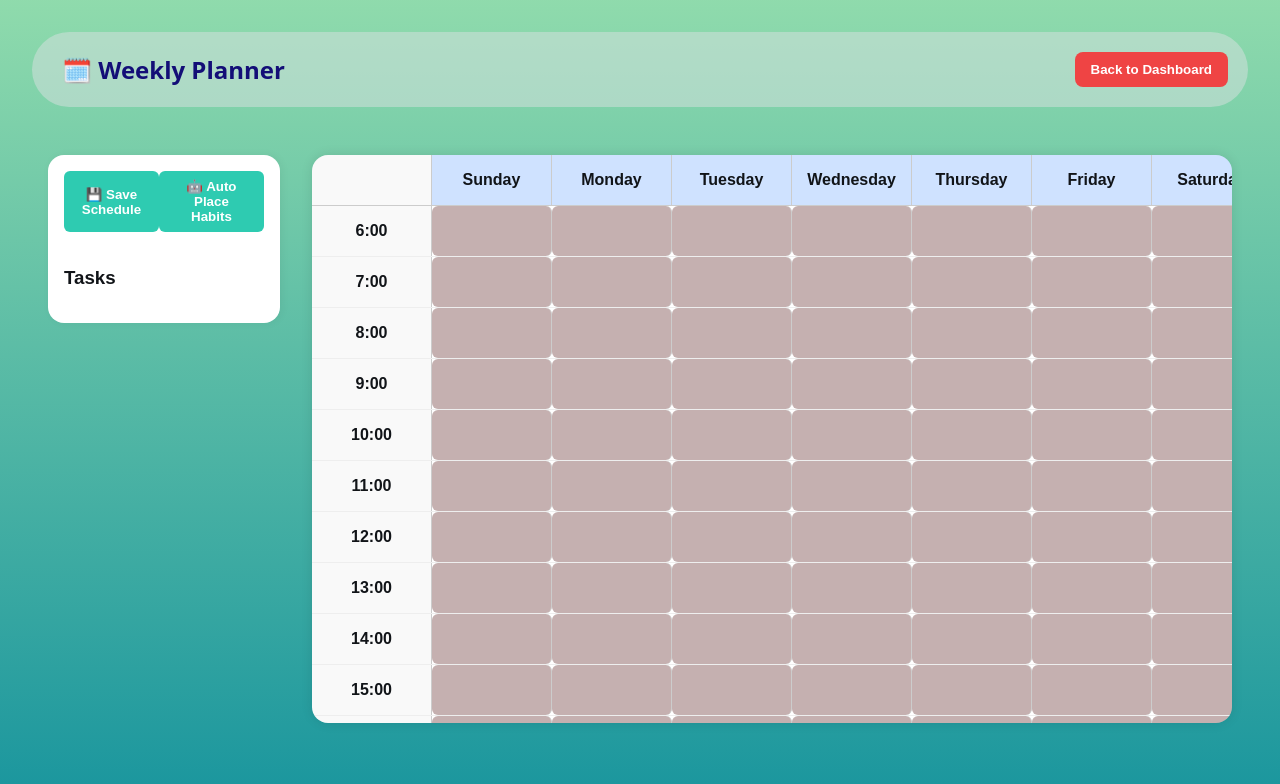
Repository: RachelB9913/smart-task-and-habit-tracker
Page: /schedule
The author's editor kept a copy of each file at every save. The page is drawn from the files as they stood at one save, then again after the next save.
The browser window is 1280 px wide. The pictures show the whole page.
An inner scrolling area shows only its first screen. The project was rebuilt for these pictures with package versions that can differ from the ones it lists, and the page was loaded fresh each time. Also part of the build but not shown: src/components/PageWrapper.js, src/components/welcome.js, src/services/api.js, src/components/Login.js, src/components/Register.js, src/components/DashBoard.js.

Above is the page before, as saved 2025-06-23 13:35:41.

### src/components/SchedulePlanner.js
// SchedulePlanner.js
import React, { useState, useEffect } from "react";
import { useLocation, useNavigate } from "react-router-dom";
import {
  DragDropContext,
  Droppable,
  Draggable,
} from "@hello-pangea/dnd";
import "./SchedulePlanner.css";
import "../Dashboard.css";

const hours = Array.from({ length: 18 }, (_, i) => i + 6); // 6 to 23
const days = [
  "Sunday",
  "Monday",
  "Tuesday",
  "Wednesday",
  "Thursday",
  "Friday",
  "Saturday",
];

const timeBlocks = {
  morning: [6, 7, 8, 9, 10],       // 6AM–10AM
  noon: [11, 12, 13, 14],          // 11AM–2PM
  evening: [17, 18, 19, 20, 21],   // 5PM–9PM
};

function getPreferredHours(preferredTime) {
  if (!preferredTime) return [];

  // Case: exact time string like "14:00"
  if (preferredTime.includes(":")) {
    const hour = parseInt(preferredTime.split(":")[0], 10);
    return [hour];
  }

  // Case: general time block like "morning"
  const block = timeBlocks[preferredTime.toLowerCase()];
  return block || [];
}

const allDays = ["Sunday", "Monday", "Tuesday", "Wednesday", "Thursday", "Friday", "Saturday"];
function getDaysFromFrequency(freq) {
  if (!freq) return [];

  if (freq === "Daily") return allDays;

  // Case: custom days like "Mon,Wed,Fri"
  if (freq.includes(",")) {
    return freq.split(",").map(day => {
      switch (day.trim().toLowerCase()) {
        case "mon": return "Monday";
        case "tue": return "Tuesday";
        case "wed": return "Wednesday";
        case "thu": return "Thursday";
        case "fri": return "Friday";
        case "sat": return "Saturday";
        case "sun": return "Sunday";
        default: return null;
      }
    }).filter(Boolean);
  }

  // Case: "Every 3 days"
  const match = freq.match(/Every (\d+) days/);
  if (match) {
    const step = parseInt(match[1], 10);
    return allDays.filter((_, idx) => idx % step === 0);
  }

  return [];
}

function autoPlaceHabits(habits, currentSchedule, tasks) {
  const newSchedule = { ...currentSchedule };

  habits.forEach(habit => {
    if (!habit.frequency || !habit.preferredTime) return;

    const candidateDays = getDaysFromFrequency(habit.frequency);
    const candidateHours = getPreferredHours(habit.preferredTime);

    for (const day of candidateDays) {
      for (const hour of candidateHours) {
        const slotKey = `${day}-${hour}:00`;

        const isSlotTaken = Object.keys(newSchedule).includes(slotKey) ||
          tasks.some(t => t.scheduledTime === slotKey);

        if (!isSlotTaken) {
          newSchedule[slotKey] = `habit-${habit.id}`;
          break;
        }
      }
    }
  });

  return newSchedule;
}

export default function SchedulePlanner() {
  const location = useLocation();
  const navigate = useNavigate();
  const [tasks, setTasks] = useState([]);
  const [habits, setHabits] = useState(location.state?.habits || []);
  const [scheduledTasks, setScheduledTasks] = useState({});

  const saveSchedule = () => {
    localStorage.setItem("savedSchedule", JSON.stringify(scheduledTasks));
    alert("Schedule saved!");
  };

  const handleAutoPlace = () => {
    const newSchedule = autoPlaceHabits(habits, scheduledTasks, tasks);
    setScheduledTasks(newSchedule);
    localStorage.setItem("savedSchedule", JSON.stringify(newSchedule));
  };

  const scheduledTasksByTime = {};
  tasks.forEach(task => {
    if (task.scheduledTime) {
      const [day, time] = task.scheduledTime.split(" ");
      const key = `${day}-${time}`;
      if (!scheduledTasksByTime[key]) {
        scheduledTasksByTime[key] = [];
      }
      scheduledTasksByTime[key].push(task);
    }
  });

  useEffect(() => {
    const saved = localStorage.getItem("savedSchedule");
    if (saved) setScheduledTasks(JSON.parse(saved));
  }, []);

 useEffect(() => {
  const userId = localStorage.getItem("userId");
  if (!userId) return;

    fetch(`http://localhost:8080/api/users/${userId}`)
      .then(res => res.json())
      .then(async (userData) => {
        const taskDetails = await Promise.all(
          (userData.taskIds || []).map(id =>
            fetch(`http://localhost:8080/api/tasks/${id}`).then(res => res.json())
          )
        );

        setTasks(taskDetails);

        const initialSchedule = {};
        taskDetails.forEach(task => {
          if (task.scheduledTime) {
            initialSchedule[task.scheduledTime] = String(task.id);
          }
        });
        setScheduledTasks(initialSchedule);
      })
      .catch(err => console.error("Failed to load tasks:", err));
  }, []);

  const onDragEnd = (result) => {
    const { destination, draggableId } = result;
    if (!destination) return;

    setScheduledTasks((prev) => {
      const updated = { ...prev };

      // Remove task from previous slot if it was scheduled before
      Object.keys(updated).forEach((key) => {
        if (updated[key] === draggableId) {
          delete updated[key];
        }
      });

      // Add to the new slot
      updated[destination.droppableId] = draggableId;

      fetch(`http://localhost:8080/api/tasks/${draggableId}/schedule`, {
        method: "PUT",
        headers: { "Content-Type": "application/json" },
        body: JSON.stringify({ scheduledTime: destination.droppableId }),
      })
        .then((res) => {
          if (!res.ok) throw new Error("Failed to schedule task");
          return res.json();
        })
        .then((data) => console.log("✅ Scheduled:", data))
        .catch((err) => console.error("❌ Error scheduling task:", err));

      return updated;
    });
  };

  return (
    <div className="dashboard-container light">
      <header className="dashboard-header">
        <div className="header-left">
          <h2>🗓️ Weekly Planner</h2>
        </div>
        <div className="header-right">
          <button onClick={() => navigate("/dashboard")} className="logout-button">
            Back to Dashboard
          </button>
        </div>
      </header>

      <DragDropContext onDragEnd={onDragEnd}>
        <div className="planner-container">
          <aside className="task-sidebar">
            <div className="save-button-container">
              <button className="save-button" onClick={saveSchedule}>
                💾 Save Schedule
              </button>
              <button className="save-button" onClick={handleAutoPlace}>
                🤖 Auto Place Habits
              </button>
            </div>
            <h3>Tasks</h3>
            <Droppable droppableId="taskList">
              {(provided) => (
                <ul {...provided.droppableProps} ref={provided.innerRef}>
                  {tasks.map((task, index) => {
                    const isScheduled = Object.values(scheduledTasks).includes(String(task.id));
                    return (
                      <Draggable
                        draggableId={String(task.id)}
                        index={index}
                        key={`${task.id}-${isScheduled ? "scheduled" : "unscheduled"}`}
                      >
                        {(provided, snapshot) => (
                          <li
                            className={`task-item ${isScheduled || task.status === "Done" ? "grayed-out" : ""}`}
                            style={snapshot.isDragging ? { boxShadow: '0 0 6px #999' } : {}}
                            ref={provided.innerRef}
                            {...provided.draggableProps}
                            {...provided.dragHandleProps}
                          >
                            {task.title}
                          </li>
                        )}
                      </Draggable>
                    );
                  })}
                  {provided.placeholder}
                </ul>
              )}
            </Droppable>
          </aside>

          <main className="calendar-grid">
            <div className="grid-header">
              <div className="cell hour-cell"></div>
              {days.map((day) => (
                <div key={day} className="cell day-cell">
                  {day}
                </div>
              ))}
            </div>

            <div className="grid-body">
              {hours.map((hour) => (
                <div className="row" key={hour}>
                  <div className="cell hour-cell">{hour}:00</div>
                  {days.map((day) => {
                    const slotId = `${day}-${hour}:00`;
                    const taskId = scheduledTasks[slotId];
                    const task = tasks.find((t) => String(t.id) === taskId);

                    return (
                      <Droppable droppableId={slotId} key={slotId}>
                        {(provided, snapshot) => (
                          <div
                            className={`cell time-slot ${snapshot.isDraggingOver ? "drag-over" : ""}`}
                            ref={provided.innerRef}
                            {...provided.droppableProps}
                          >
                            {task && (
                              <Draggable draggableId={String(task.id)} index={0}>
                                {(provided) => (
                                  <div
                                    className={`scheduled-task ${task.status === "Done" ? "done-task" : ""}`}
                                    ref={provided.innerRef}
                                    {...provided.draggableProps}
                                    {...provided.dragHandleProps}
                                  >
                                    <span>{task.title}</span>
                                    <div style={{ display: "flex", alignItems: "center" }}>
                                      {task.status !== "Done" && (
                                        <>
                                          <button
                                            className="mark-done-btn"
                                            onClick={(e) => {
                                              e.stopPropagation();

                                              fetch(`http://localhost:8080/api/tasks/${task.id}/status`, {
                                                method: "PATCH",
                                                headers: { "Content-Type": "application/json" },
                                                body: JSON.stringify({ status: "Done" }),
                                              })
                                                .then((res) => {
                                                  if (!res.ok) throw new Error("Failed to mark done");
                                                  return res.text();
                                                })
                                                .then(() => {
                                                  task.status = "Done";
                                                  setScheduledTasks((prev) => ({ ...prev }));
                                                })
                                                .catch((err) => console.error("❌ Failed to mark done:", err));
                                            }}
                                          >
                                            ✅
                                          </button>

                                          <button
                                            className="remove-btn"
                                            onClick={(e) => {
                                              e.stopPropagation();
                                              setScheduledTasks((prev) => {
                                                const updated = { ...prev };
                                                delete updated[slotId];
                                                return updated;
                                              });

                                              fetch(`http://localhost:8080/api/tasks/${task.id}/schedule`, {
                                                method: "PUT",
                                                headers: { "Content-Type": "application/json" },
                                                body: JSON.stringify({ scheduledTime: null }),
                                              })
                                                .then((res) => res.json())
                                                .then((data) => console.log("🗑️ Unschedule successful:", data))
                                                .catch((err) => console.error("❌ Error unscheduling task:", err));
                                            }}
                                          >
                                            ❌
                                          </button>
                                        </>
                                      )}
                                    </div>
                                  </div>
                                )}
                              </Draggable>
                            )}

                            {(scheduledTasksByTime[slotId] || []).map((t) => (
                              (!task || t.id !== task.id) && (
                                <div key={t.id} className="scheduled-task db-task">
                                  {t.title}
                                </div>
                              )
                            ))}

                            {provided.placeholder}
                          </div>
                        )}
                      </Droppable>
                    );
                  })}
                </div>
              ))}
            </div>
          </main>
        </div>
      </DragDropContext>
    </div>
  );
}

### src/App.css
form input {
  width: 100%;
  padding: 0.75rem;
  margin-bottom: 1rem;
  border: 1px solid #ddd;
  border-radius: 0.5rem;
  font-size: 1rem;
  transition: border-color 0.2s;
}

form input:focus {
  border-color: #6366f1; /* Indigo */
  outline: none;
}

form button,
.form-container button {
  width: 100%;
  padding: 0.75rem;
  font-size: 1rem;
  color: white;
  background-color: #6d6ed0; /* Indigo */
  border: none;
  border-radius: 0.5rem;
  cursor: pointer;
  transition: background-color 0.2s;
}

form button:hover,
.form-container button:hover {
  background-color: #4f46e5; /* Darker Indigo */
}

.form-container {
  max-width: 400px;
  margin: 100px auto;
  padding: 2rem;
  background-color: white;
  border-radius: 1rem;
  box-shadow: 0 8px 20px rgba(0, 0, 0, 0.1);
  text-align: center;
}

h2 {
  margin-bottom: 1.5rem;
  color: #130e77;
  font-size: 2rem;
  font-weight: 500;

}

.welcome-root {
  font-family: 'Manrope', 'Noto Sans', sans-serif;
  background: linear-gradient(to bottom, hsl(143, 51%, 71%), #1c979e);
  color: #111418;
  min-height: 100vh;
  display: flex;
  flex-direction: column;
}

.welcome-header {
  display: flex;
  justify-content: space-between;
  align-items: center;
  padding: 0rem 2rem;
  border-bottom: 1px solid #030f21;
  background-color: rgb(255, 255, 255);
}

.logo-area {
  display: flex;
  align-items: center;
  gap: 0.5rem;
}

.nav-links, .nav-actions {
  display: flex;
  gap: 1rem;
  align-items: center;
}

.nav-links a, .footer a {
  text-decoration: none;
  font-weight: 500;
  color: #111418;
}

.nav-actions button {
  padding: 0.5rem 1rem;
  border-radius: 8px;
  border: none;
  font-weight: bold;
  cursor: pointer;
}

/* top buttons */
.nav-actions button:first-child {
  background: #0c7ff2;
  color: white;
}

.nav-actions button:first-child:hover {
  background: #0361bf; /* new hover color */
  color: #e3e3e3;      /* optional: change text color on hover */
}

.nav-actions button:last-child {
  background: #f0f2f5;
  color: #111418;
}

.nav-actions button:last-child:hover {
  background: #b5b8bd; /* new hover color */
  color: #0c7ff2;      /* optional: change text color on hover */
}

.welcome-hero {
  background: transparent;
  padding: 3rem 2rem;
  text-align: center;
  color: rgb(1, 0, 9);
}

.welcome-hero h1 {
  font-size: 2.5rem;
  font-weight: 800;
}

.hero-actions {
  margin-top: 2rem;
  display: flex;
  justify-content: center;
  gap: 1rem;
}

.hero-actions button {
  padding: 0.75rem 1.5rem;
  font-weight: bold;
  border-radius: 8px;
  border: none;
  cursor: pointer;
}

/* center buttons */
.hero-actions button:first-child {
  background-color: #0c7ff2;
  color: white;
}

.hero-actions button:first-child:hover {
  background-color: #0c7ff2;
  color: white;
  border: #0d1101 1px solid;
}

.hero-actions button:last-child {
  background-color: #f0f2f5;
  color: #111418;
}

.hero-actions button:last-child:hover {
  background-color: #f0f2f5;
  color: #111418;
  border: #0d1101 1px solid;
}

.features {
  padding: 3rem 2rem;
  text-align: center;
}

.feature-cards {
  display: flex;
  gap: 1rem;
  flex-wrap: wrap;
  justify-content: center;
  margin-top: 2rem;
}

.feature-card {
  background: white;
  padding: 1.5rem;
  border-radius: 12px;
  border: 1px solid #052246;
  max-width: 300px;
  text-align: left;
  text-align: center;
  box-shadow: 0 4px 10px rgba(0, 0, 0, 0.5);

}

.footer {
  text-align: center;
  padding: 2rem;
  font-size: 1.1rem;
  color: #0d1101;
}

.register-background {
  background: linear-gradient(to left top, hsl(143, 51%, 71%), #1c979e);
  min-height: 100vh;
  display: flex;
  align-items: center;
  justify-content: center;
}

.login-background {
  background: linear-gradient(to right bottom, hsl(143, 51%, 71%), #1c979e);
  min-height: 100vh;
  display: flex;
  align-items: center;
  justify-content: center;
}

### src/components/Auth.css
.auth-container {
  max-width: 400px;
  margin: 60px auto;
  padding: 2rem;
  background-color: #f8f9fa;
  border-radius: 12px;
  box-shadow: 0 2px 10px rgba(0, 0, 0, 0.1);
}

.auth-form {
  display: flex;
  flex-direction: column;
  gap: 1rem;
}

.auth-form input {
  padding: 0.75rem;
  border-radius: 8px;
  border: 1px solid #ccc;
  font-size: 1rem;
}

.auth-form button {
  padding: 0.75rem;
  background-color: #007bff;
  color: white;
  border: none;
  border-radius: 8px;
  font-size: 1rem;
  cursor: pointer;
}

.auth-form button:hover {
  background-color: #0056b3;
}


.dashboard-header {
  display: flex;
  justify-content: flex-end;
  padding: 20px;
}

.dashboard-header button {
  padding: 10px 16px;
  background-color: #ef4444; /* red */
  color: white;
  border: none;
  border-radius: 8px;
  font-weight: bold;
  cursor: pointer;
}

.dashboard-header button:hover {
  background-color: #ad2626;
}

.button-group {
  display: flex;
  flex-direction: column;
  gap: 10px; /* Adjust the space between buttons */
}

### src/components/SchedulePlanner.css
.planner-container {
  display: flex;
  height: calc(100vh - 120px); /* adjusted for header */
  font-family: 'Manrope', sans-serif;
}

.task-sidebar {
  width: 200px;
  background: white;
  padding: 1rem;
  box-shadow: 2px 0 8px rgba(0,0,0,0.05);
  border-radius: 1rem;
  margin: 1rem;
  height: fit-content;
}

.task-item {
  background: hsl(210, 34%, 76%);
  color: #031d3e;
  margin: 0.5rem 0;
  padding: 0.6rem;
  border-radius: 10px;
  font-weight: 600;
  box-shadow: 0 2px 4px rgba(0,0,0,0.1);
}

.calendar-grid {
  flex: 1;
  overflow: auto;
  margin: 1rem;
  border-radius: 1rem;
  background: white;
  box-shadow: 0 0 12px rgba(0, 0, 0, 0.1);
  max-width: calc(80px + 7.5 * 120px); /* 1 hour column + 7 days */

}

.grid-header {
  display: flex;
  background: #cfe2ff;
  font-weight: bold;
  border-bottom: 1px solid #ccc;
}

.grid-body .row {
  display: flex;
  border-bottom: 1px solid #eee;
}

.cell {
  width: 120px;
  height: 50px;
  min-width: 120px;
  min-height: 50px;
  max-width: 120px;
  max-height: 50px;
  overflow: hidden;
  border-right: 1px solid #ccc;
  box-sizing: border-box;
  padding: 0.5rem;
}

.hour-cell {
  background: #f9f9f9;
  width: 80px;
  font-weight: bold;
  display: flex;
  align-items: center;
  justify-content: center;
  border-right: 1px solid #ccc;
  height: 50px; /* same as .day-cell and .time-slot */
}

.time-slot {
  background-color: #c5b0b0;
  border-radius: 6px;
  height: 50px;
  display: flex;
  justify-content: center;
  align-items: center;
  padding: 0;
}

.time-slot:hover {
  background-color: #e7f5ff;
  cursor: pointer;
}

.day-cell {
  display: flex;
  align-items: center;
  justify-content: center;
  text-align: center;
  background: #cfe2ff;
  border-right: 1px solid #ccc;
  height: 50px; /* ensure consistent cell height */
  font-weight: 600;
}

.scheduled-task {
  background-color: #a8dadc;
  padding: 2px 10px;
  border-radius: 6px;
  font-weight: 500;
  font-size: 0.8rem;
  text-align: center;
  display: flexbox;
  justify-content: space-between;
  align-items: center;
  overflow: hidden;
  text-overflow: ellipsis;
}

.remove-btn {
  background: none;
  border: none;
  color: #d00000;
  font-size: 0.8rem;
  cursor: pointer;
  margin-left: 0.5rem;
}

.grayed-out {
  opacity: 0.5;
  pointer-events: none;
}

.save-button {
  margin-bottom: 1rem;
  padding: 0.5rem 1rem;
  background-color: #2ecbb1;
  color: white;
  border: none;
  border-radius: 6px;
  font-weight: bold;
  cursor: pointer;
  transition: background-color 0.2s ease;
}

.save-button:hover {
  background-color: #137969;
}

.save-button-container {
  display: flex;
  justify-content: center;
  margin-bottom: 1rem;
}

.done-task {
  background-color: #90ee90; /* light green for done tasks */
}

.mark-done-btn {
  background: none;
  border: none;
  color: green;
  font-size: 1rem;
  cursor: pointer;
  margin-left: 0.5rem;
}

Loaded but not shown: public/index.html (common file); src/index.js (common file); src/index.css (common file); src/reportWebVitals.js (common file); src/App.js (23 lines, source omitted); src/Dashboard.css (229 lines, source omitted)

After the next save:
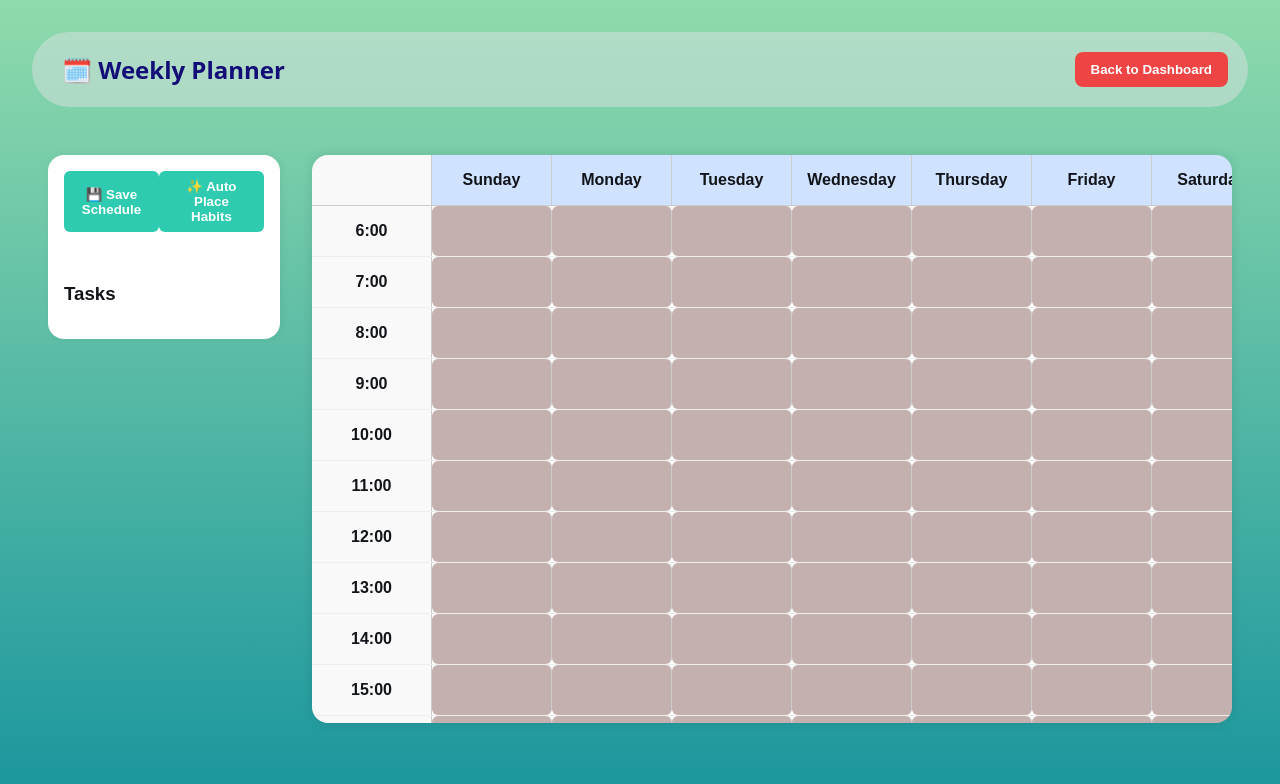
Saved 3 min 15 s later.
--- a/src/components/SchedulePlanner.js
+++ b/src/components/SchedulePlanner.js
@@ -210,12 +210,10 @@ export default function SchedulePlanner() {
         <div className="planner-container">
           <aside className="task-sidebar">
             <div className="save-button-container">
-              <button className="save-button" onClick={saveSchedule}>
-                💾 Save Schedule
-              </button>
-              <button className="save-button" onClick={handleAutoPlace}>
-                🤖 Auto Place Habits
-              </button>
+              <div className="save-button-container">
+                <button className="save-button" onClick={saveSchedule}>💾 Save Schedule</button>
+                <button className="save-button" onClick={handleAutoPlace}>✨ Auto Place Habits</button>
+              </div>
             </div>
             <h3>Tasks</h3>
             <Droppable droppableId="taskList">
